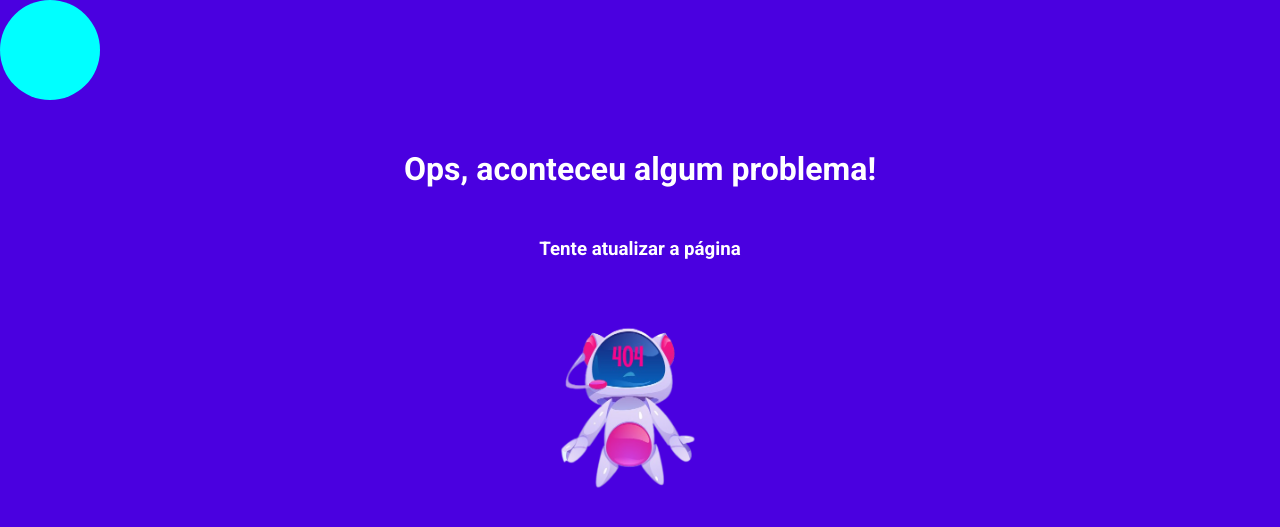
Repository: pettinelli1202/Ana-VirtualAssistant
Page: html/error-page.html
These files come from the project's save history. The page is drawn as it stood at one moment and after the next save; the edit follows.
The browser window is 1280 px wide. The pictures show the whole page.
Some web fonts or font styles are not loaded; a fallback is used.

Above is the page before, as saved 2023-05-11 22:00:50.

### html/error-page.html
<!DOCTYPE html>
<html lang="pt-BR">

<head>
    <meta charset="UTF-8">
    <meta http-equiv="X-UA-Compatible" content="IE=edge">
    <meta name="viewport" content="width=device-width, initial-scale=1.0">
    <link rel="stylesheet" href="../css/error-page-style.css">
    <title>Erro 404</title>
</head>

<body>
    <div class="circle-one"></div>
    <div class="circle-two"></div>
    <div class="circle-three"></div>
    <div class="circle-four"></div>

    <h1>Ops, aconteceu algum problema!</h1>
    <h3>Tente atualizar a página</h3>

    <img id="ana-image-error" src="../media/ana3-removebg-erro.png" alt="" width="200px">

</body>

</html>

### css/error-page-style.css
@import url('https://fonts.googleapis.com/css2?family=Bruno+Ace&display=swap');
@import url('https://fonts.googleapis.com/css2?family=Roboto:wght@100;400;700;900&display=swap');

* {
    box-sizing: border-box;
    margin: 0;
    padding: 0;
}

body {
    font-family: 'Roboto', sans-serif;
    background-color: #4a00e0;
}

h1,
h3 {
    margin-top: 50px;
    text-align: center;
    color: white;
}

#ana-image-error {
    display: block;
    margin: auto;
    animation: floating 3s ease-in-out infinite
}

@keyframes floating {
    0% {
        transform: translate(0, 0px);
    }

    50% {
        transform: translate(0, 15px);
    }

    100% {
        transform: translate(0, -0px);
    }
}

.circle-one {
    background-color: aqua;
    width: 100px;
    height: 100px;
    border-radius: 50%;
}

After the next save:
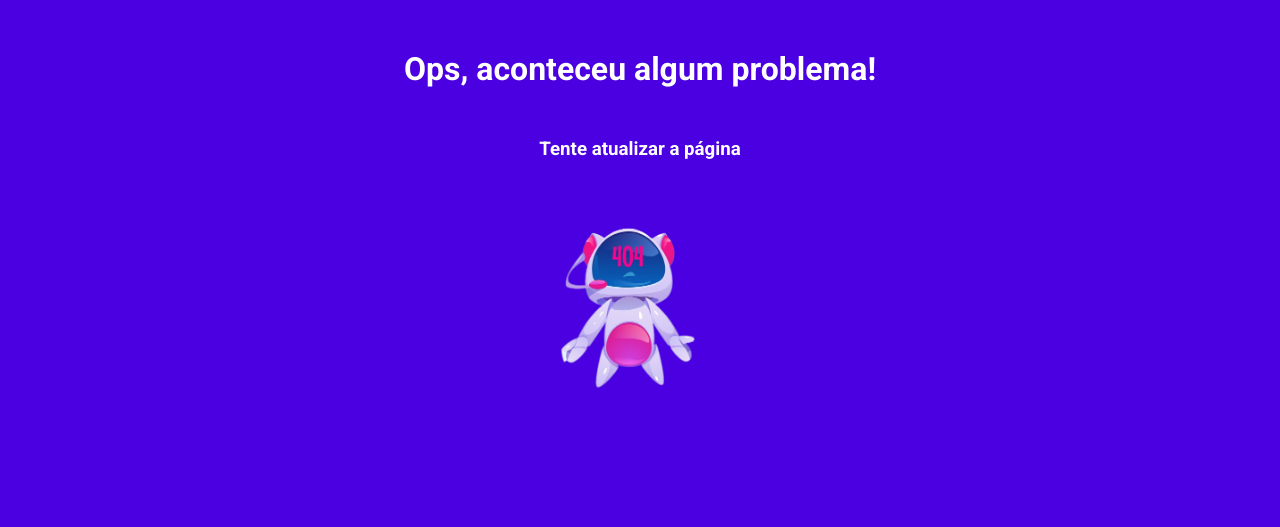
Saved 16 s later.
--- a/html/error-page.html
+++ b/html/error-page.html
@@ -10,11 +10,6 @@
 </head>
 
 <body>
-    <div class="circle-one"></div>
-    <div class="circle-two"></div>
-    <div class="circle-three"></div>
-    <div class="circle-four"></div>
-
     <h1>Ops, aconteceu algum problema!</h1>
     <h3>Tente atualizar a página</h3>
 
